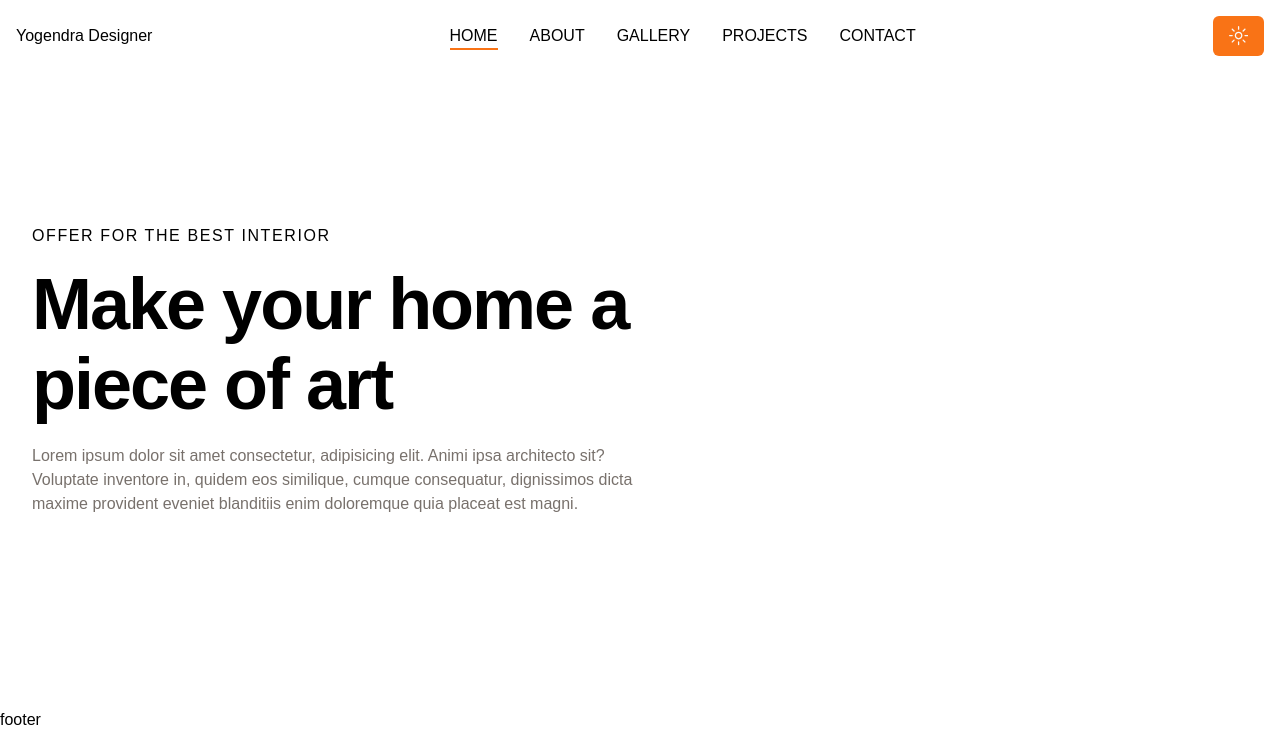
Repository: hitoutvrma/MB_designs-Interior-Designing-website
Page: /
These files come from the project's save history. The page is drawn as it stood at one moment and after the next save; the edit follows.
The browser window is 1280 px wide. The pictures show the whole page.
The project was rebuilt for these pictures with package versions that can differ from the ones it lists, and the page was loaded fresh each time. The framework's server and built-in components were replaced by stand-ins that run in the browser. Also part of the build but not shown: next.config.mjs.

Above is the page before, as saved 2024-09-13 16:30:55.

After the next save:
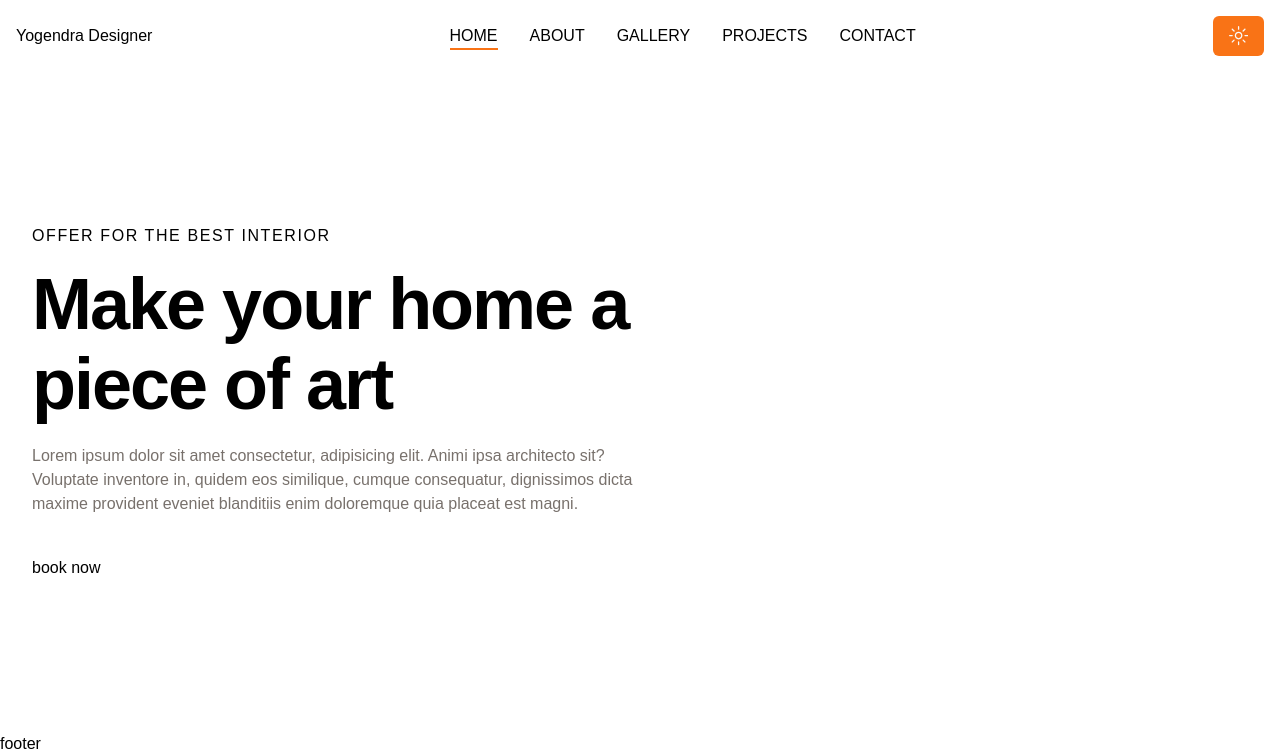
Saved 99 s later.
--- a/components/ui/HeroSection.jsx
+++ b/components/ui/HeroSection.jsx
@@ -1,4 +1,5 @@
 import { Button } from "./button";
+import { } from "react-icons/tb";
 const HeroSection = () => {
   return (
     <div className='container py-12 xl:py-24 px-8 h-[auto] text-center lg:py-0 lg:text-left lg:flex lg:justify-between'>
@@ -10,6 +11,9 @@ const HeroSection = () => {
       <p className='pb-6 text-muted-foreground xl:pb-10'>
         Lorem ipsum dolor sit amet consectetur, adipisicing elit. Animi ipsa architecto sit? Voluptate inventore in, quidem eos similique, cumque consequatur, dignissimos dicta maxime provident eveniet blanditiis enim doloremque quia placeat est magni.
       </p>
+      <button>
+        book now
+      </button>
       </div>
       <div className='w-1/2'>
 
